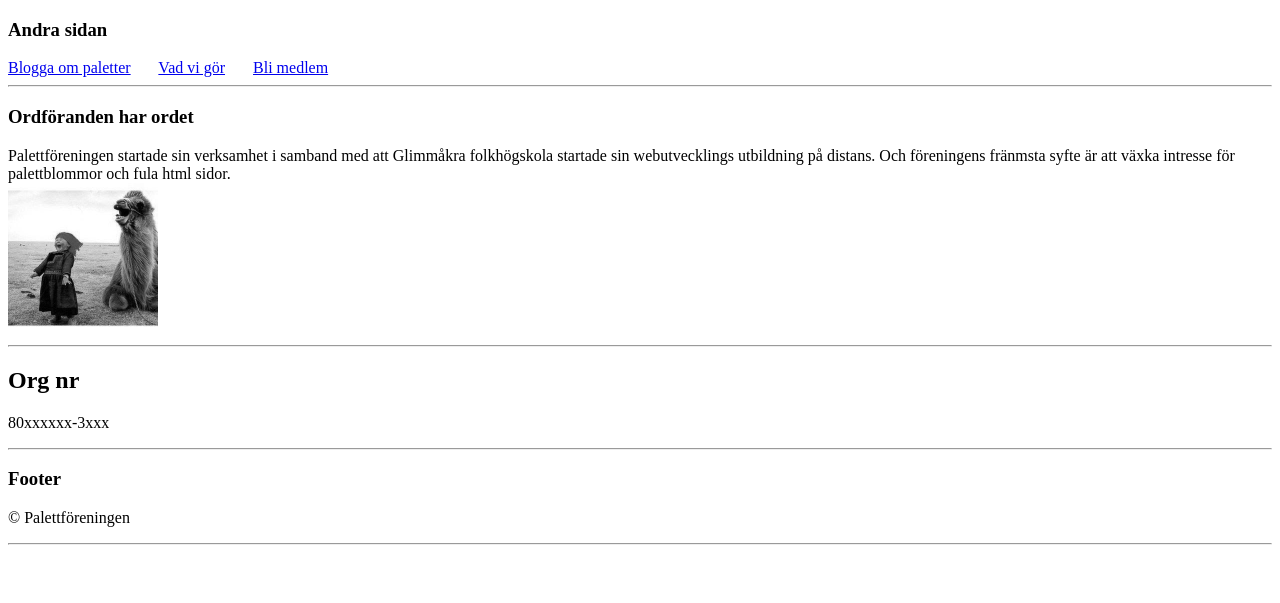
Repository: Webutveckling-20-21/Uppgift-1
Page: verksamheten.html
These files come from the project's save history. The page is drawn as it stood at one moment and after a run of saves; the edit follows.
The browser window is 1280 px wide. The pictures show the whole page.

Above is the page before, as saved 2021-09-07 12:05:41.

### verksamheten.html
<!-- Här alla måsten i huvudet såsom språk och språkkodning mm -->
<!DOCTYPE html>
<html lang="sv">


<head>
    <meta charset="UTF-8">
    <meta name="viewport" content="width=device-width, initial-scale=1.0">
    <title>verksamheten</title>
</head>

<body>
    <header>
        <h3>Andra sidan</h3>
        <!-- Här läggs alla länkar-->
        <a href="blogg.html">Blogga om paletter</a>&nbsp;&nbsp;&nbsp;&nbsp;&nbsp;&nbsp;
        <a href="verksamheten.html">Vad vi gör</a>&nbsp;&nbsp;&nbsp;&nbsp;&nbsp;&nbsp;
        <a href="medlemskap.html">Bli medlem</a>
    </header>
    <hr>
    <main>
         <article>

            <h3>Ordföranden har ordet</h3>
            Palettföreningen startade sin verksamhet i samband med att Glimmåkra folkhögskola startade sin webutvecklings utbildning på distans. Och föreningens fränmsta syfte är att växka intresse för palettblommor och fula html sidor. <br>




            <img src="images/ordförande pa excursion.jpg" width="150" height="150" alt="Ordförande berättar." >
        </article>

    </main>
    <hr>
    <aside>
        <h2>Org nr</h2>
        <p>80xxxxxx-3xxx</p>





    </aside>
    <hr>
    <footer>

        <h3>Footer</h3>
        <p> &copy; Palettföreningen</p>
    </footer>
    <hr>


</body>

</html>

After the next 3 saves:
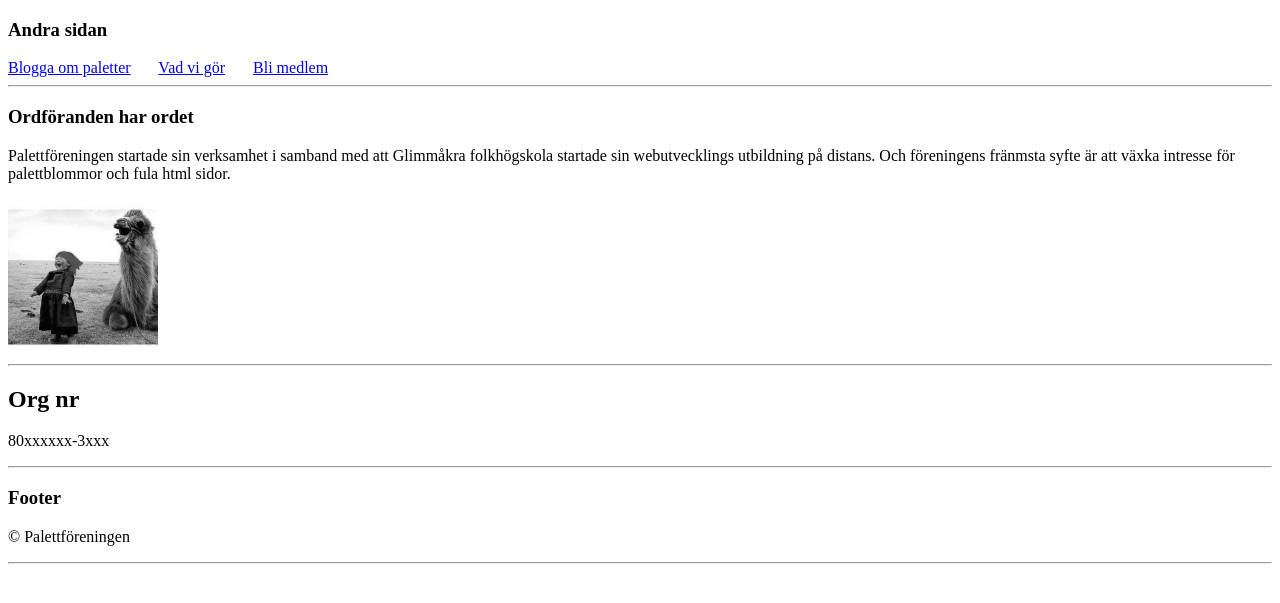
The 3 saves are shown as one change because they came seconds apart.
The last was saved 7 s later.
--- a/verksamheten.html
+++ b/verksamheten.html
@@ -24,7 +24,7 @@
             <h3>Ordföranden har ordet</h3>
             Palettföreningen startade sin verksamhet i samband med att Glimmåkra folkhögskola startade sin webutvecklings utbildning på distans. Och föreningens fränmsta syfte är att växka intresse för palettblommor och fula html sidor. <br>
 
-
+            <h3></h3>
 
 
             <img src="images/ordförande pa excursion.jpg" width="150" height="150" alt="Ordförande berättar." >
